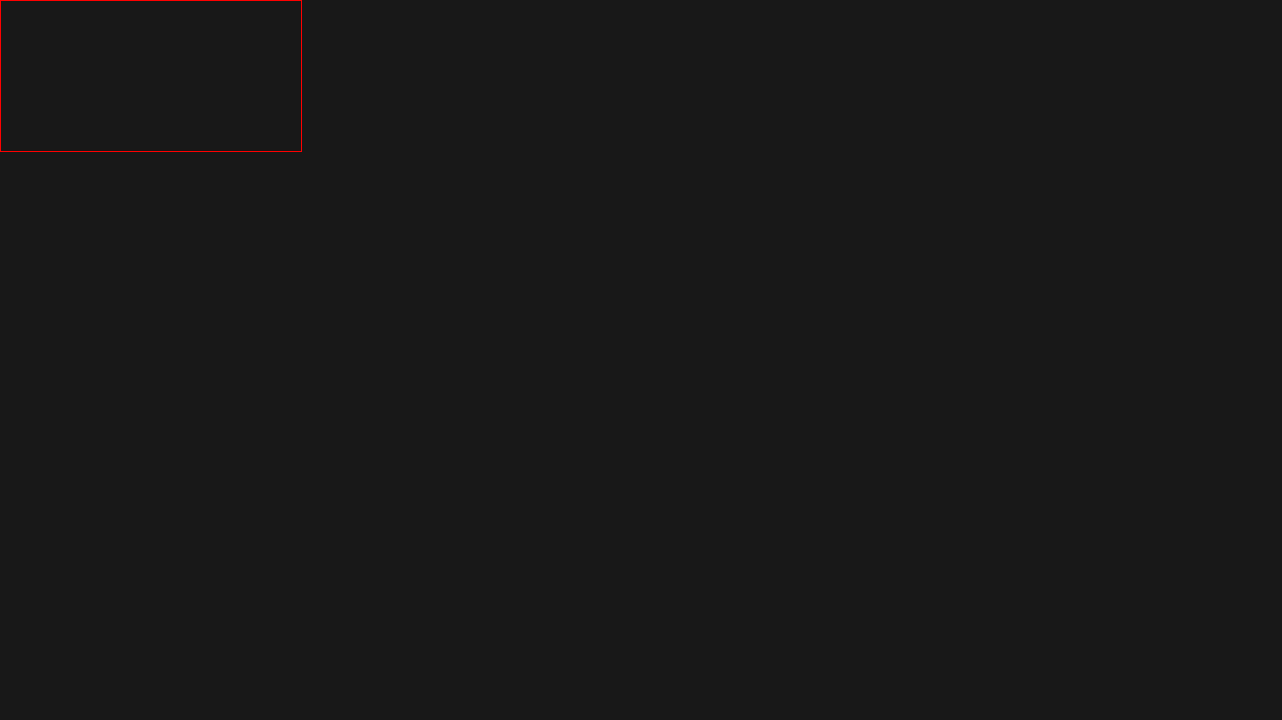
Repository: randy918/chris-canvas-52323
Page: index.html
An editor plug-in stored every save of this project. The page is shown before and after a run of saves, followed by the edit.
The browser window is 1280 px wide. The page is 1280 px wide, then 1282 px, so the pictures cover 1282 px, including what lies to the right of the window. The pictures show the whole page.
The style sheet was rebuilt from its Sass, Less or Tailwind sources for each picture, by a compiler version that may differ from the author's.

Above is the page before, as saved 2023-05-28 16:08:45.
Console error: SyntaxError: Identifier 'dx' has already been declared

After the next 2 saves:
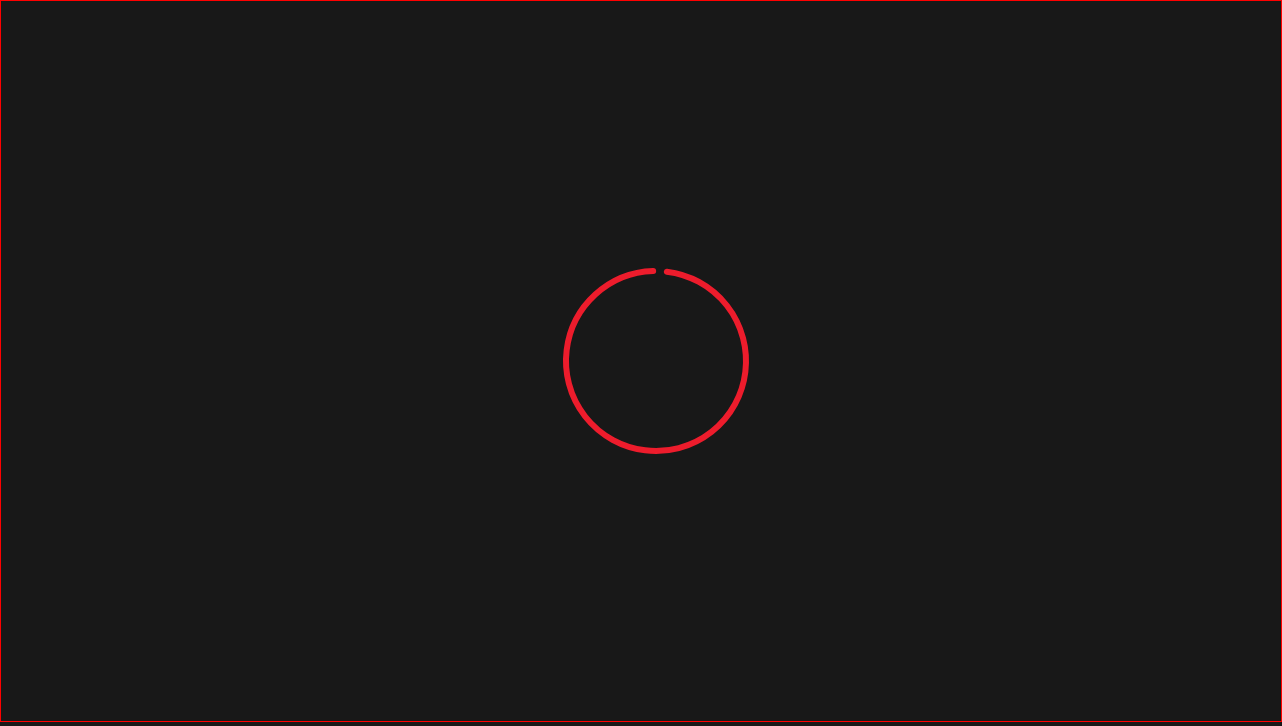
The error is gone.
The 2 saves are shown as one change because they came seconds apart.
The last was saved 7 s later.
--- a/js/canvas.js
+++ b/js/canvas.js
@@ -28,8 +28,8 @@ const main = function () {
     let dy = .05;
 
     //* object dx dy = velocity X Y
-    let dx = .05;
-    let dy = .05;
+    let x = .05;
+    let y = .05;
 
 	//* default stroke
     const DEFAULTSTROKEWIDTH = 6;
